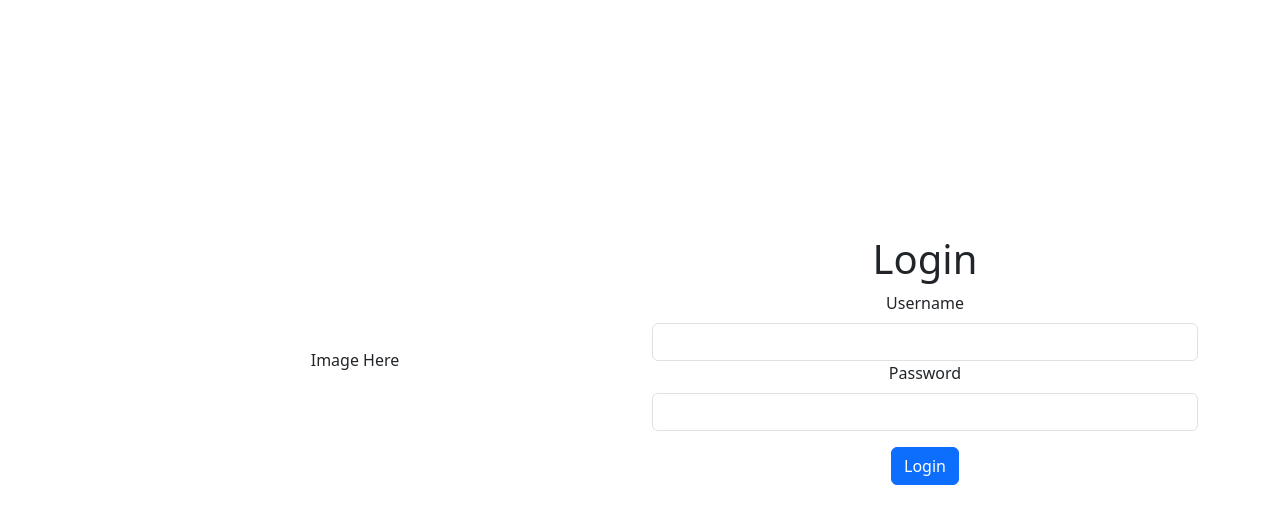
Repository: oboioz/SimpleTodoApp
Page: /todos (app in SimpleTodoAppFrontEnd/todo-app/)
These files come from the project's save history. The page is drawn as it stood at one moment and after the next save; the edit follows.
The browser window is 1280 px wide. The pictures show the whole page.
The project was rebuilt for these pictures with package versions that can differ from the ones it lists, and the page was loaded fresh each time.

Above is the page before, as saved 2024-04-03 19:54:37.

### SimpleTodoAppFrontEnd/todo-app/src/App.js
import 'bootstrap/dist/css/bootstrap.min.css';
import './App.css';
import TodoApp from './components/TodoApp';

function App() {
  return (
    <div className="App">
      <TodoApp />
    </div>
  )
}

export default App;

### SimpleTodoAppFrontEnd/todo-app/src/components/TodoApp.jsx
import LoginComponent from "./todo/Login/LoginComponent";

export default function TodoApp() {
    return (
        <div className="todo-app">
            <LoginComponent />
        </div>
    )
}

### SimpleTodoAppFrontEnd/todo-app/src/components/todo/Login/LoginComponent.jsx
import './LoginStyle.css';


function LoginComponent() {

    return (
        <div className="Login container">
            <div className="row align-items-center">
                <div className="col image">
                    Image Here
                </div>
                <div className="col">
                    <h1>Login</h1>
                    <form className="LoginForm">
                        <div>
                            <label className="form-label">Username</label>
                            <input type="text" name="username" className="form-control" />
                        </div>
                        <div>
                            <label className="form-label">Password</label>
                            <input type="password" name="password" className="form-control" />
                        </div>

                        <button type="button" name="login" class="btn btn-primary mt-3">Login</button>
                    </form>
                </div>
            </div>
        </div>

    )

}

export default LoginComponent;

### SimpleTodoAppFrontEnd/todo-app/src/components/todo/Login/LoginStyle.css
.row {
    display: flex;
    justify-content: center;
    align-items: center;
    height: 100vh;
}

.Login

Loaded but not shown: SimpleTodoAppFrontEnd/todo-app/public/index.html (common file); SimpleTodoAppFrontEnd/todo-app/src/index.js (common file); SimpleTodoAppFrontEnd/todo-app/src/index.css (common file); SimpleTodoAppFrontEnd/todo-app/src/reportWebVitals.js (common file); SimpleTodoAppFrontEnd/todo-app/src/App.css (common file)

After the next save:
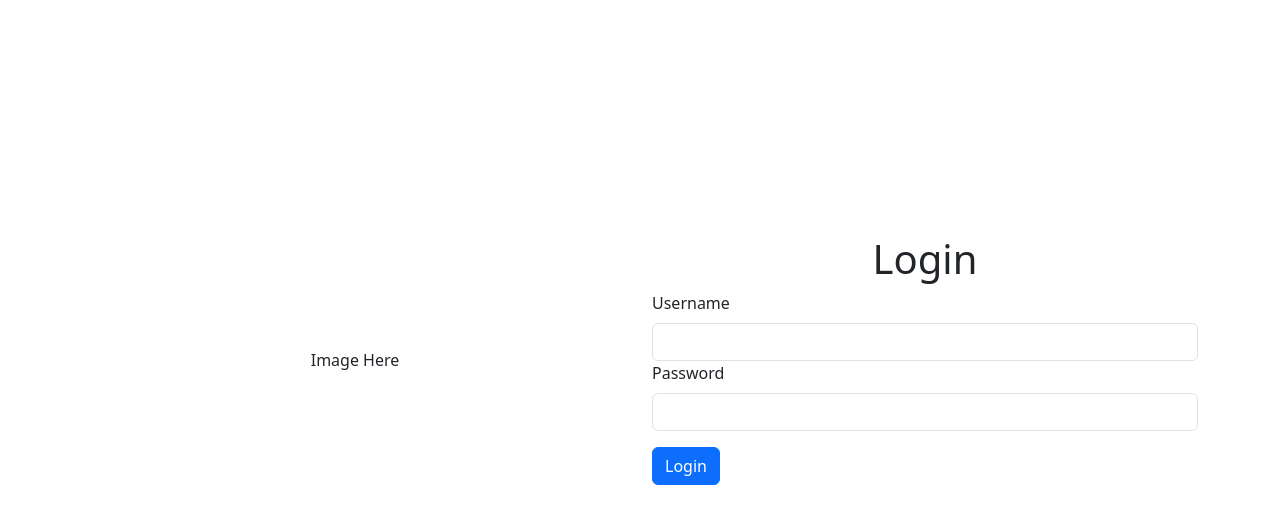
Saved 25 s later.
--- a/SimpleTodoAppFrontEnd/todo-app/src/components/todo/Login/LoginStyle.css
+++ b/SimpleTodoAppFrontEnd/todo-app/src/components/todo/Login/LoginStyle.css
@@ -5,4 +5,7 @@
     height: 100vh;
 }
 
-.Login
+.LoginForm {
+    text-align: left;
+    justify-content: left;
+}
